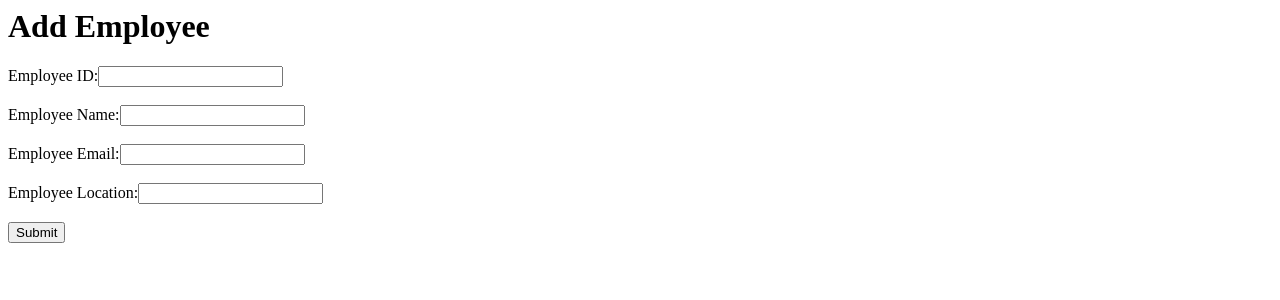
Repository: vibakar/spring-boot-topgear-assignments
Page: assignment4/src/main/resources/static/index.html
The author's editor kept a copy of each file at every save. The page is drawn from the files as they stood at one save, then again after the next save.
The browser window is 1280 px wide. The pictures show the whole page.

Above is the page before, as saved 2020-06-12 06:53:21.

### assignment4/src/main/resources/static/index.html
<html>
<head>
<title>Add Employee</title>
</head>
<body>
<h1>Add Employee</h1>
<form method="post" action="/add">
Employee ID:<input type="text" name="id"/>
<br><br>
Employee Name:<input type="text" name="name"/>
<br><br>
Employee Email:<input type="text" name="email"/>
<br><br>
Employee Location:<input type="text" name="location"/>
<br><br>
<button type="submit">Submit</button>
</form>
</body>
</html>

After the next save:
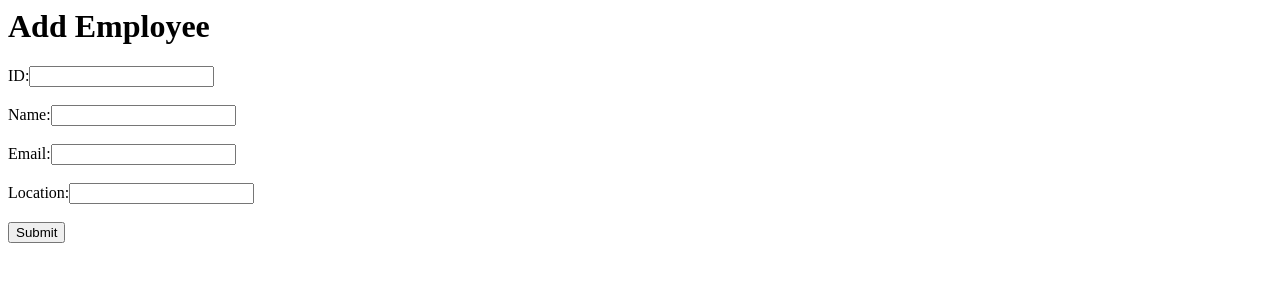
Saved 16 s later.
--- a/assignment4/src/main/resources/static/index.html
+++ b/assignment4/src/main/resources/static/index.html
@@ -5,13 +5,13 @@
 <body>
 <h1>Add Employee</h1>
 <form method="post" action="/add">
-Employee ID:<input type="text" name="id"/>
+ID:<input type="text" name="id"/>
 <br><br>
-Employee Name:<input type="text" name="name"/>
+Name:<input type="text" name="name"/>
 <br><br>
-Employee Email:<input type="text" name="email"/>
+Email:<input type="text" name="email"/>
 <br><br>
-Employee Location:<input type="text" name="location"/>
+Location:<input type="text" name="location"/>
 <br><br>
 <button type="submit">Submit</button>
 </form>
